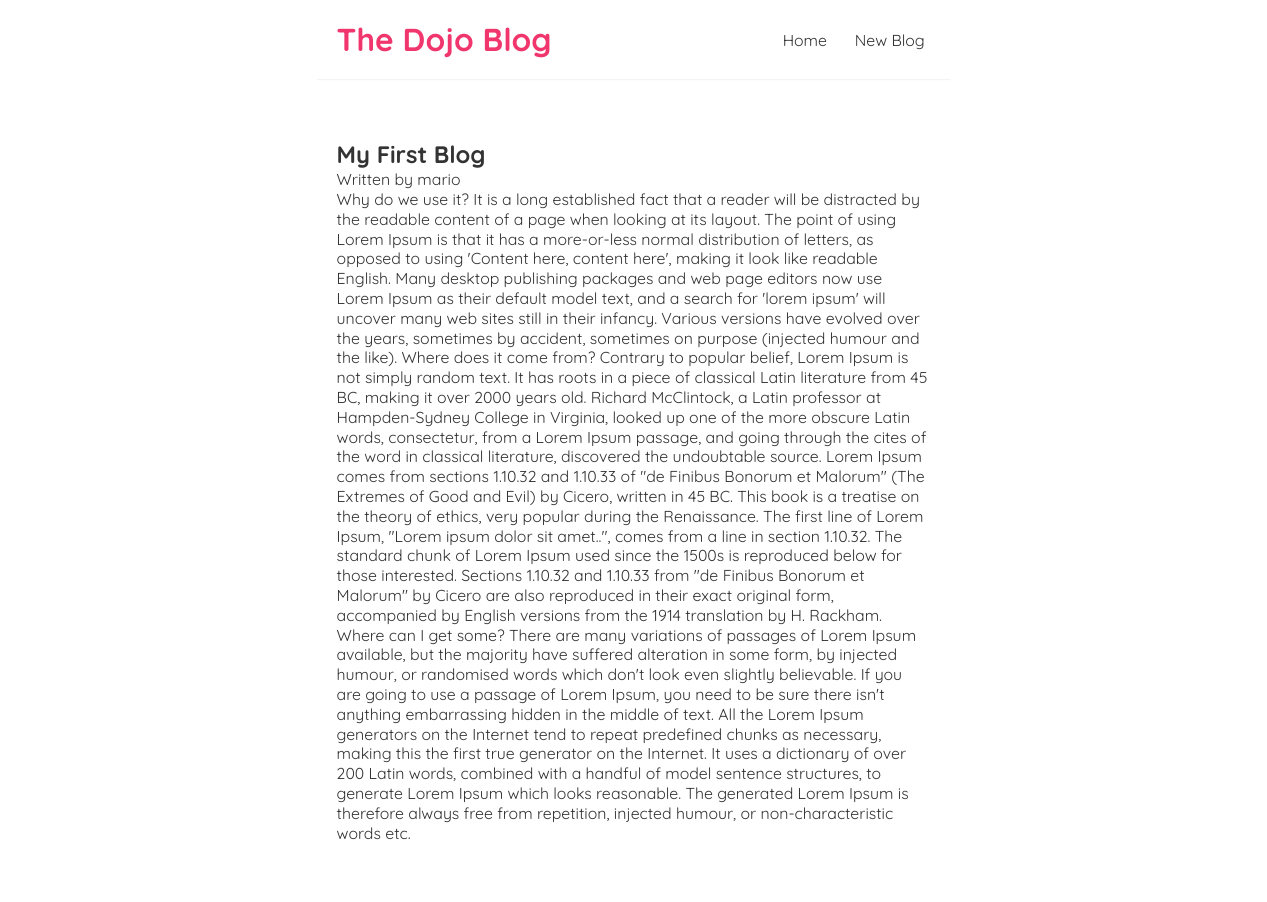
Repository: DESTINYAS/Reactjs
Page: /blogs/1
The author's editor kept a copy of each file at every save. The page is drawn from the files as they stood at one save, then again after the next save.
The browser window is 1280 px wide. The pictures show the whole page, at 99% of full size.
The project was rebuilt for these pictures with package versions that can differ from the ones it lists, and the page was loaded fresh each time. Requests to the local data server were answered from the project's data file. Also part of the build but not shown: src/BlogList.js, src/Home.js, src/create.js.

Above is the page before, as saved 2022-12-01 14:59:32.

After the next save:
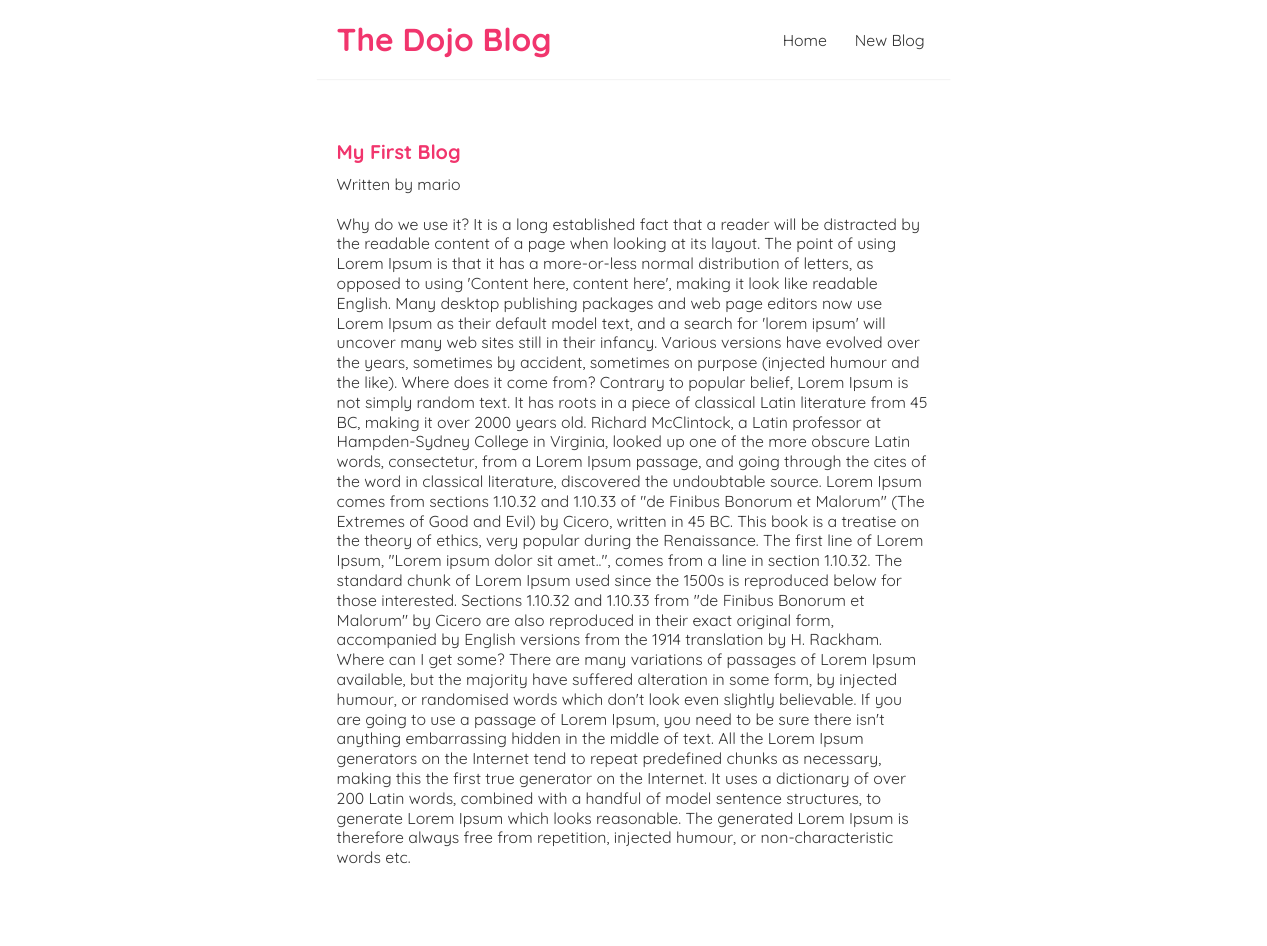
Saved 6 min 28 s later.
--- a/src/index.css
+++ b/src/index.css
@@ -50,3 +50,21 @@
 .blog-preview a {
   text-decoration: none;
 }
+
+/* blog details page */
+.blog-details h2 {
+  font-size: 20px;
+  color: #f1356d;
+  margin-bottom: 10px;
+}
+.blog-details div {
+  margin: 20px 0;
+}
+.blog-details button {
+  background: #f1356d;
+  color: #fff;
+  border: 0;
+  padding: 8px;
+  border-radius: 8px;
+  cursor: pointer;
+}
